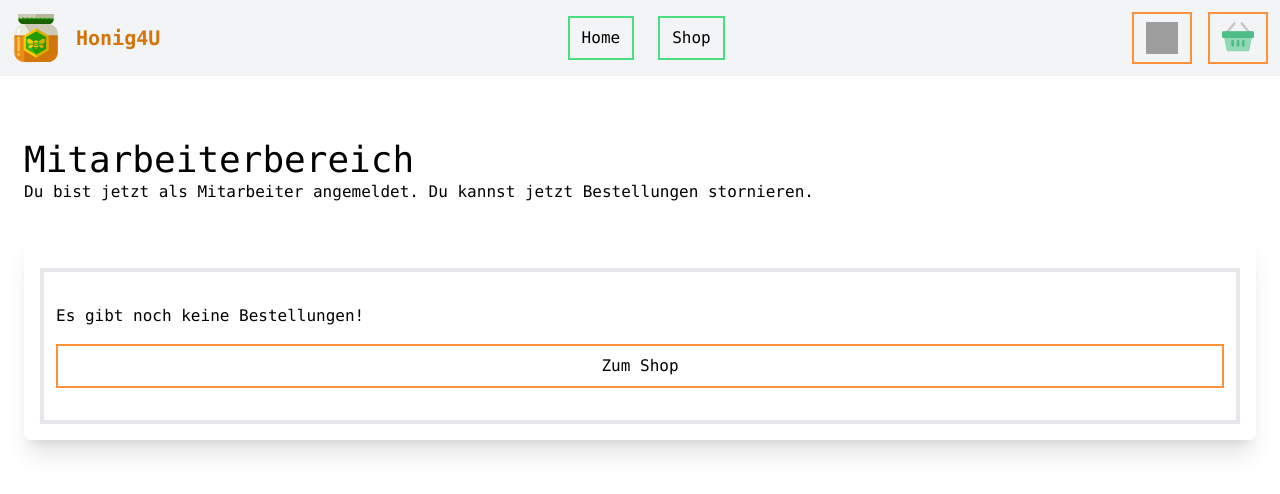
Repository: cainytheslave/PHPHonigShop
Page: http://localhost/admin.php
The author's editor kept a copy of each file at every save. The page is drawn from the files as they stood at one save, then again after the next save.
The browser window is 1280 px wide. The pictures show the whole page.
Pictures or frames that could not be fetched are drawn as grey boxes. The page is run by PHP 8.4 with error messages shown; the project is at /var/www/html/. The session is filled in as if someone had signed in: {"afterLoginDestination": 1, "user": "testuser"}. Other server files are loaded and not shown. Style sheets and scripts are compiled from the project's sources, by tool versions that may differ from the author's. Queries for data that is not in the repository find no rows.

Above is the page before, as saved 2022-03-11 21:55:57.

### admin.php
<?php

session_start();

if (!isset($_SESSION['user'])) {
    header('Location: login.php');
}

require('core/conn.php');
$produkte = require('core/produkte.php');
$einstellungen = require('core/einstellungen.php');

if (!isset($_SESSION['warenkorb'])) {
    $_SESSION['warenkorb'] = [];
}

$conn = getDatenbank();
$stmt = $conn->prepare("SELECT * FROM Bestellungen");
$stmt->execute();

$result = $stmt->setFetchMode(PDO::FETCH_ASSOC);

$bestellungen = $stmt->fetchAll();

?>

<!DOCTYPE html>
<html lang="en">

<head>
    <meta charset="UTF-8">
    <meta http-equiv="X-UA-Compatible" content="IE=edge">
    <meta name="viewport" content="width=device-width, initial-scale=1.0">
    <title><?= $einstellungen['firma'] ?> Mitarbeiter</title>

    <?php include('includes/head.inc.php') ?>
</head>

<body class="font-mono">

    <?php include('includes/header.inc.php') ?>

    <main class="flex flex-col gap-8 px-6 py-16 mx-auto max-w-7xl">

        <!-- Fehlermeldungen -->
        <?php if (isset($errors)) echo Komponente::alert(true, $errors); ?>

        <section>
            <h1 class="text-4xl">Mitarbeiterbereich</h1>
            <p>Du bist jetzt als Mitarbeiter angemeldet. Du kannst jetzt Bestellungen stornieren.</p>
        </section>

        <section class="w-full p-4 mx-auto bg-white rounded-md shadow-xl">
            <div class="flex flex-col py-8 px-3 mt-4 border-4">
                <?php if (empty($bestellungen)) : ?>
                    <p class="mb-4">Es gibt noch keine Bestellungen!</p>
                    <?= Komponente::link('Zum Shop', 'shop.php') ?>
                <?php else : ?>
                    <table class="w-full">
                        <thead>
                            <tr>
                                <th class="w-24">BestellNR.</th>
                                <th class="w-24">KundenNR.</th>
                                <th>Summe</th>
                                <th>Datum</th>
                                <th>Aktionen</th>
                            </tr>
                        </thead>
                        <tbody>
                            <?php foreach ($bestellungen as $bestellung) : ?>

                            <?php endforeach; ?>
                        </tbody>
                    </table>
                <?php endif; ?>
            </div>
        </section>
    </main>
</body>

</html>

### core/conn.php
 <?php

    function getDatenbank(string|null $datenbank = "Honig4U")
    {
        $servername = "localhost";
        $username = "root";
        $password = "";
        $conn = null;

        // Mit Datenbank verbinden
        try {

            if ($datenbank) {
                $conn = new PDO("mysql:host=" . $servername . ";dbname=" . $datenbank, $username, $password);
            } else {
                $conn = new PDO("mysql:host=" . $servername, $username, $password);
            }

            $conn->setAttribute(PDO::ATTR_ERRMODE, PDO::ERRMODE_EXCEPTION);
        } catch (PDOException $e) {
            echo "Connection failed: " . $e->getMessage();
        }

        return $conn;
    }

### core/produkte.php
<?php

return [
    'akazie' => [
        'name' => 'Akazienhonig',
        'beschreibung' => 'Leckerer Akazienhonig, direkt abgezapft vom Akazienbaum deines Vertrauens.',
        'preis' => 8.5
    ],
    'heide' => [
        'name' => 'Heidehonig',
        'beschreibung' => 'Leckerer Heidehonig, ist seinen Preis wert denn es war eine Heidenarbeit!',
        'preis' => 12.5
    ],
    'klee' => [
        'name' => 'Kleehonig',
        'beschreibung' => 'Vierblättriger Kleehonig. Der sortenreine Blütenhonig mit einem milden Aroma.',
        'preis' => 6.5,
    ],
    'tannen' => [
        'name' => 'Tannenhonig',
        'beschreibung' => 'Leckerer Tannenhonig. Mit seinen würzig-kräftigen Aromen ein Genuss für jeden Feinschmecker.',
        'preis' => 10
    ]
];

### core/einstellungen.php
<?php

return [
    'firma' => 'Honig4U'
];

### includes/head.inc.php
<!-- Styling -->
<link rel="stylesheet" href="style.css">

<!-- AlpineJS (Javascript Framework für Mobiles Menu https://alpinejs.dev) -->
<script defer src="https://unpkg.com/alpinejs@3.x.x/dist/cdn.min.js"></script>

### includes/header.inc.php
<?php

require('core/Komponente.php');
$einstellungen = require('core/einstellungen.php');

?>

<!-- Header -->
<header class="w-full bg-gray-100" x-data="{open: false}">
    <!-- Desktop -->
    <div class="flex items-center justify-between px-3 py-3 mx-auto max-w-7xl">

        <!-- Logo -->
        <div class="flex items-center gap-4">
            <img src="images/logo.svg" class="w-12 h-12" alt="Logo">
            <p class="text-xl font-semibold text-honey"><?= $einstellungen['firma'] ?></p>
        </div>

        <!-- Navigation-->
        <div class="items-center hidden gap-6 sm:flex">
            <?= Komponente::link('Home', 'index.php', 'green') ?>
            <?= Komponente::link('Shop', 'shop.php', 'green') ?>
            <?php if (isset($_SESSION['user']) && isset($_SESSION['user']['mitarbeiter'])) {
                if ($_SESSION['user']['mitarbeiter']) {
                    echo Komponente::link('Mitarbeiterbereich', 'admin.php', 'green');
                }
            } ?>
        </div>

        <!-- Account -->
        <div class="flex items-center gap-4">
            <?php if (isset($_SESSION['user'])) : ?>
                <?= Komponente::link('<img src="images/logout.svg" class="w-8 h-8" alt="">', 'logout.php?to=login.php') ?>
            <?php else : ?>
                <?= Komponente::link('Login', 'login.php') ?>
                <?= Komponente::link('Registrieren', 'registrierung.php') ?>
            <?php endif; ?>
            <?= Komponente::link('<img src="images/basket.svg" class="w-8 h-8" alt="">', 'warenkorb.php') ?>
        </div>

        <!-- Mobile Trigger -->
        <img @click="open = !open" src="images/menu.svg" class="block w-10 h-10 sm:hidden" alt="">
    </div>

    <!-- Mobile Menu -->
    <div class="flex flex-col gap-3 px-3 border-t-2 sm:hidden" x-show="open" style="display:none">
        <!-- Navigation-->
        <?= Komponente::link('Home', 'index.php', 'green') ?>
        <?= Komponente::link('Shop', 'shop.php', 'green') ?>
        <?php if (isset($_SESSION['user']) && isset($_SESSION['user']['mitarbeiter'])) {
            if ($_SESSION['user']['mitarbeiter']) {
                echo Komponente::link('Mitarbeiterbereich', 'admin.php', 'green');
            }
        } ?>
    </div>
</header>

### core/Komponente.php
<?php

class Komponente
{

    static function link($text = "", $href = "", $border = "orange")
    {
        $classes = "text-center px-3 py-2 border-2 hover:bg-gray-200 active:scale-95 hover:scale-105 border-$border-400";
        return "<a href='$href' class='$classes'>$text</a>";
    }

    static function button($text = "", $name = "", $border = "orange")
    {
        $classes = "text-center cursor-pointer px-3 py-2 border-2 hover:bg-gray-200 active:scale-95 hover:scale-105 border-$border-400";
        return "<input type='submit' name='$name' class='$classes' value='$text' />";
    }

    static function input($type = "text", $placeholder = '', $name = '', $value = '', $required = 'true')
    {
        $classes = "flex-1 text-left px-3 py-2 border-2 active:scale-95 border-orange-400";
        return "<input type='$type' name='$name' required='$required' value='$value' class='$classes' placeholder='$placeholder' />";
    }

    static function alert($error = true, $data)
    {
        if (count($data) <= 0) return '';

        $str = '<section class="w-full p-4 mx-auto mt-4 bg-green-300 border-2 border-green-500 shadow-xl">';
        if ($error) $str = '<section class="w-full p-4 mx-auto mt-4 bg-red-300 border-2 border-red-500 shadow-xl">';

        foreach ($data as $entry) {
            $str .= '<p class="text-lg font-semibold">' . $entry . '</p>';
        }

        $str .= '</section>';

        return $str;
    }
}

### tailwind.config.js
module.exports = {
    content: [
        "./*.{html,js,php}",
        "./core/*.php",
        "./includes/*.php"
    ],
    theme: {
        extend: {
            colors: {
                honey: '#d3750d',
                honeylight: '#d3ab05',
                honeygreen: '#239b02'
            }
        },
    },
    safelist: [{
            pattern: /border-(orange|green|red)-400/,
        },
        {
            pattern: /border-(green|red)-500/
        },
        {
            pattern: /bg-(green|red)-300/
        },
        {
            pattern: /cursor-pointer/
        },
        {
            pattern: /w-8/
        },
        {
            pattern: /h-8/
        },
        {
            pattern: /flex-1/
        }

    ],
    plugins: [],
}

### images/logo.svg
<?xml version="1.0" encoding="iso-8859-1"?>
<!-- Generator: Adobe Illustrator 19.0.0, SVG Export Plug-In . SVG Version: 6.00 Build 0)  -->
<svg version="1.1" id="Layer_1" xmlns="http://www.w3.org/2000/svg" xmlns:xlink="http://www.w3.org/1999/xlink" x="0px" y="0px"
	 viewBox="0 0 496.8 496.8" style="enable-background:new 0 0 496.8 496.8;" xml:space="preserve">
<path style="fill:#EAE9DA;" d="M472.4,403.2c0,56-46.4,92.8-102.4,92.8H128.4c-56,0-104-44.8-104-92.8V204.8
	C24.4,149.6,70,104,125.2,104h245.6c56,0,100.8,45.6,100.8,100.8v198.4H472.4z"/>
<path style="fill:#CCCAB6;" d="M128.4,104H370c56,0,102.4,41.6,102.4,97.6v197.6c0,56-46.4,97.6-102.4,97.6"/>
<path style="fill:#EA8B18;" d="M24.4,224v174.4c0,56,46.4,97.6,102.4,97.6H370c56,0,102.4-41.6,102.4-97.6V224H24.4z"/>
<path style="fill:#D3750D;" d="M128.4,496H370c56,0,102.4-41.6,102.4-97.6v-172L126,224.8"/>
<path style="fill:#F7CA4D;" d="M80.4,376.8c0,6.4-5.6,12-12,12l0,0c-6.4,0-12-5.6-12-12V247.2c0-6.4,5.6-12,12-12l0,0
	c6.4,0,12,5.6,12,12V376.8z"/>
<path style="fill:#FFFFFF;" d="M80.4,201.6c0,6.4-5.6,12-12,12l0,0c-6.4,0-12-5.6-12-12v-38.4c0-5.6,5.6-11.2,12-11.2l0,0
	c6.4,0,12,5.6,12,12V201.6z"/>
<path style="fill:#F7CA4D;" d="M80.4,423.2c0,6.4-5.6,12-12,12l0,0c-6.4,0-12-5.6-12-12v-8c0-6.4,5.6-12,12-12l0,0
	c6.4,0,12,5.6,12,12V423.2z"/>
<path style="fill:#239B02;" d="M430.8,52c0,26.4-21.6,52-48,52H114c-26.4,0-48-25.6-48-52l0,0c0-26.4,21.6-52,48-52h268
	C409.2,0,430.8,25.6,430.8,52L430.8,52z"/>
<path style="fill:#1A6000;" d="M430.8,53.6L430.8,53.6c0,26.4-21.6,50.4-48,50.4H114c-26.4,0-48-22.4-48-48.8l0,0"/>
<path style="fill:#CCCAB6;" d="M437.2,12c0-8-6.4-12-13.6-12H73.2c-8,0-13.6,4-13.6,12c0,4.8,2.4,8,5.6,10.4
	c2.4,13.6,14.4,23.2,28,23.2c8.8,0,16.8-4.8,22.4-11.2c5.6,6.4,12.8,10.4,22.4,10.4c8.8,0,16.8-4,22.4-10.4
	c5.6,6.4,12.8,10.4,22.4,10.4c8.8,0,16.8-4,22.4-10.4c5.6,6.4,12.8,10.4,22.4,10.4s16.8-4,22.4-10.4c5.6,6.4,12.8,10.4,22.4,10.4
	c9.6,0,16.8-4,22.4-10.4c5.6,6.4,12.8,10.4,22.4,10.4c8.8,0,16.8-4,22.4-10.4c5.6,6.4,12.8,10.4,22.4,10.4c8.8,0,16.8-4,22.4-10.4
	c5.6,6.4,12.8,10.4,22.4,10.4c14.4,0,25.6-9.6,28-23.2C434.8,20,437.2,16.8,437.2,12z"/>
<path style="fill:#BAB699;" d="M423.6,0H248.4v35.2c0,0,0-0.8,0.8-0.8c5.6,6.4,12.8,10.4,21.6,10.4c8.8,0,16.8-4,22.4-10.4
	c5.6,6.4,12.8,10.4,22.4,10.4c8.8,0,16.8-4,22.4-10.4c5.6,6.4,12.8,10.4,22.4,10.4c8.8,0,16.8-4,22.4-10.4
	c5.6,6.4,12.8,10.4,22.4,10.4c14.4,0,25.6-10.4,28-24c3.2-2.4,5.6-4.8,5.6-9.6C437.2,4,430.8,0,423.6,0z"/>
<rect x="24.4" y="224" style="fill:#C65E00;" width="448" height="8"/>
<polygon style="fill:#F9CA06;" points="376.4,376 248.4,452 120.4,376 120.4,224 248.4,147.2 376.4,224 "/>
<polyline style="fill:#D3AB05;" points="248.4,147.2 376.4,224 376.4,376 248.4,452 "/>
<polygon style="fill:#34B515;" points="352.4,359.2 248.4,418.4 144.4,359.2 144.4,240.8 248.4,180.8 352.4,240.8 "/>
<polyline style="fill:#239B02;" points="144.4,240.8 249.2,180.8 352.4,240.8 352.4,359.2 248.4,418.4 "/>
<g>
	<polygon style="fill:#F9CA06;" points="224.4,328 224.4,339.2 226,344 270.8,344 272.4,339.2 272.4,328 	"/>
	<polygon style="fill:#F9CA06;" points="272.4,296 272.4,283.2 248.4,272 224.4,283.2 224.4,296 	"/>
</g>
<g>
	<rect x="224.4" y="304" style="fill:#D3AB05;" width="48" height="16"/>
	<polygon style="fill:#D3AB05;" points="236.4,352 248.4,363.2 260.4,352 	"/>
</g>
<g>
	<polygon style="fill:#F9CA06;" points="216.4,280 216.4,308.8 166.8,305.6 153.2,265.6 179.6,253.6 	"/>
	<polygon style="fill:#F9CA06;" points="216.4,336.8 216.4,316 180.4,318.4 170.8,347.2 190,356 	"/>
</g>
<g>
	<polygon style="fill:#D3AB05;" points="280.4,280 280.4,308.8 330,305.6 343.6,265.6 317.2,253.6 	"/>
	<polygon style="fill:#D3AB05;" points="280.4,336.8 280.4,316 316.4,318.4 326,347.2 306.8,356 	"/>
</g>
<g>
</g>
<g>
</g>
<g>
</g>
<g>
</g>
<g>
</g>
<g>
</g>
<g>
</g>
<g>
</g>
<g>
</g>
<g>
</g>
<g>
</g>
<g>
</g>
<g>
</g>
<g>
</g>
<g>
</g>
</svg>

### images/basket.svg
<svg width="48px" height="48px" viewBox="0 0 48 48" xmlns="http://www.w3.org/2000/svg"><title>70 Basic icons by Xicons.co</title><path d="M37.67,44H10.33a4,4,0,0,1-3.93-3.27L2,17H46L41.61,40.73A4,4,0,0,1,37.67,44Z" fill="#93d8b6"/><path d="M40.44,17.42a1.85,1.85,0,0,1-1.46-.7L28.32,3.27a1.86,1.86,0,0,1,0-2.41A1.87,1.87,0,0,1,31.17,1L41.84,14.42A1.81,1.81,0,0,1,40.44,17.42Z" fill="#c8c8c8"/><path d="M7.37,17.43a1.81,1.81,0,0,1-1.38-3L17,1A1.94,1.94,0,0,1,19.37.49a1.79,1.79,0,0,1,.54,2.72L8.81,16.75A1.86,1.86,0,0,1,7.37,17.43Z" fill="#c8c8c8"/><path d="M45.23,14.28H2.77A2.75,2.75,0,0,0,0,17v1.81a2.75,2.75,0,0,0,2.77,2.72H45.23A2.75,2.75,0,0,0,48,18.81V17A2.75,2.75,0,0,0,45.23,14.28Z" fill="#94ac82"/><rect y="14" width="48" height="10" rx="2" ry="2" fill="#4dbe86"/><path d="M16,37a2,2,0,0,1-2-2V29a2,2,0,0,1,4,0v6A2,2,0,0,1,16,37Z" fill="#4dbe86"/><path d="M24,37a2,2,0,0,1-2-2V29a2,2,0,0,1,4,0v6A2,2,0,0,1,24,37Z" fill="#4dbe86"/><path d="M32,37a2,2,0,0,1-2-2V29a2,2,0,0,1,4,0v6A2,2,0,0,1,32,37Z" fill="#4dbe86"/></svg>

### images/menu.svg
<svg width="512px" height="512px" viewBox="0 0 512 512" xmlns="http://www.w3.org/2000/svg"><path fill="#000" d="M32 96v64h448V96H32zm0 128v64h448v-64H32zm0 128v64h448v-64H32z"/></svg>

Loaded but not shown: tailwind.css (common file)

After the next save:
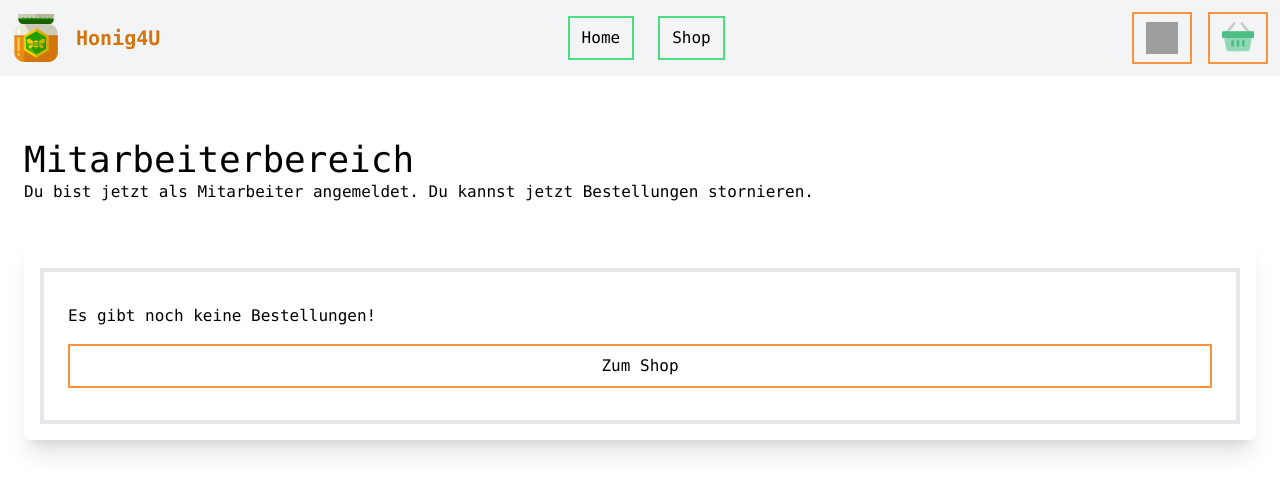
Saved 10 s later.
--- a/admin.php
+++ b/admin.php
@@ -51,7 +51,7 @@
         </section>
 
         <section class="w-full p-4 mx-auto bg-white rounded-md shadow-xl">
-            <div class="flex flex-col py-8 px-3 mt-4 border-4">
+            <div class="flex flex-col py-8 px-6 mt-4 border-4">
                 <?php if (empty($bestellungen)) : ?>
                     <p class="mb-4">Es gibt noch keine Bestellungen!</p>
                     <?= Komponente::link('Zum Shop', 'shop.php') ?>
